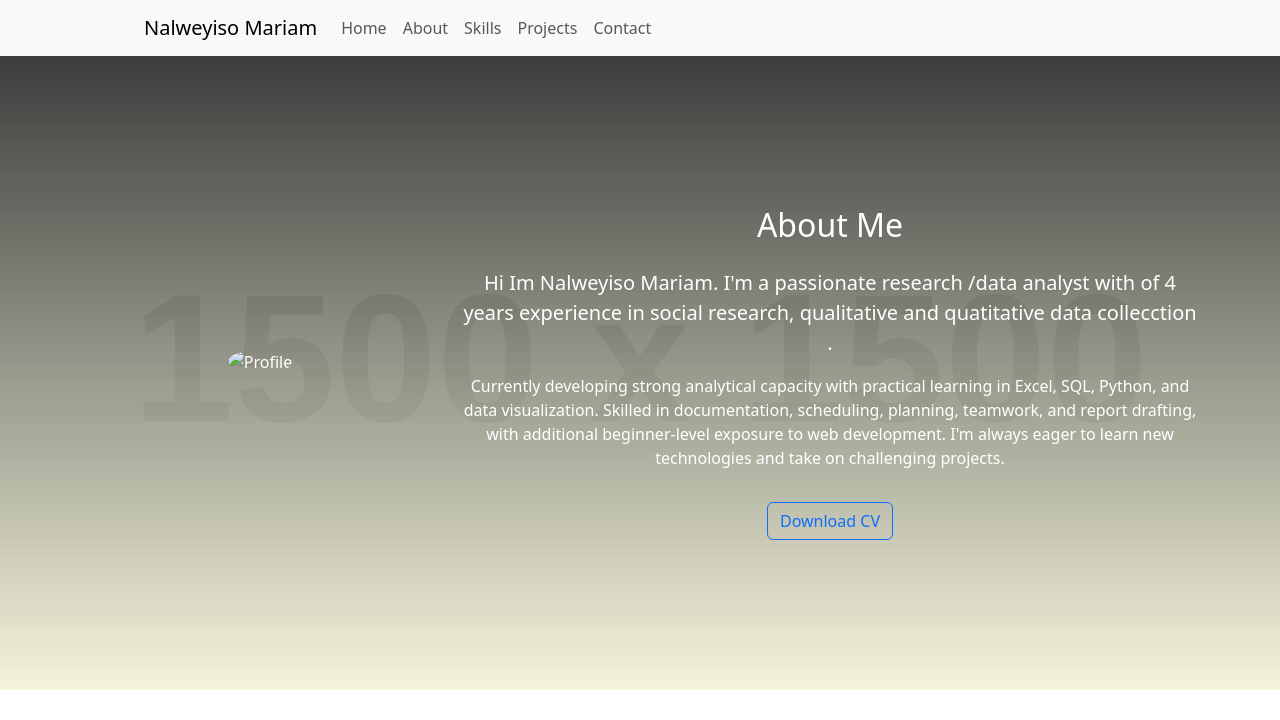
Repository: NalweMari/My-Personal-Portfolio
Page: index.html
An editor plug-in stored every save of this project. The page is shown before and after the next save, followed by the edit.
The browser window is 1280 px wide. The pictures show the whole page.

Above is the page before, as saved 2025-11-27 12:57:35.
Console error (its wording comes from the project's code and is left out).

After the next save:
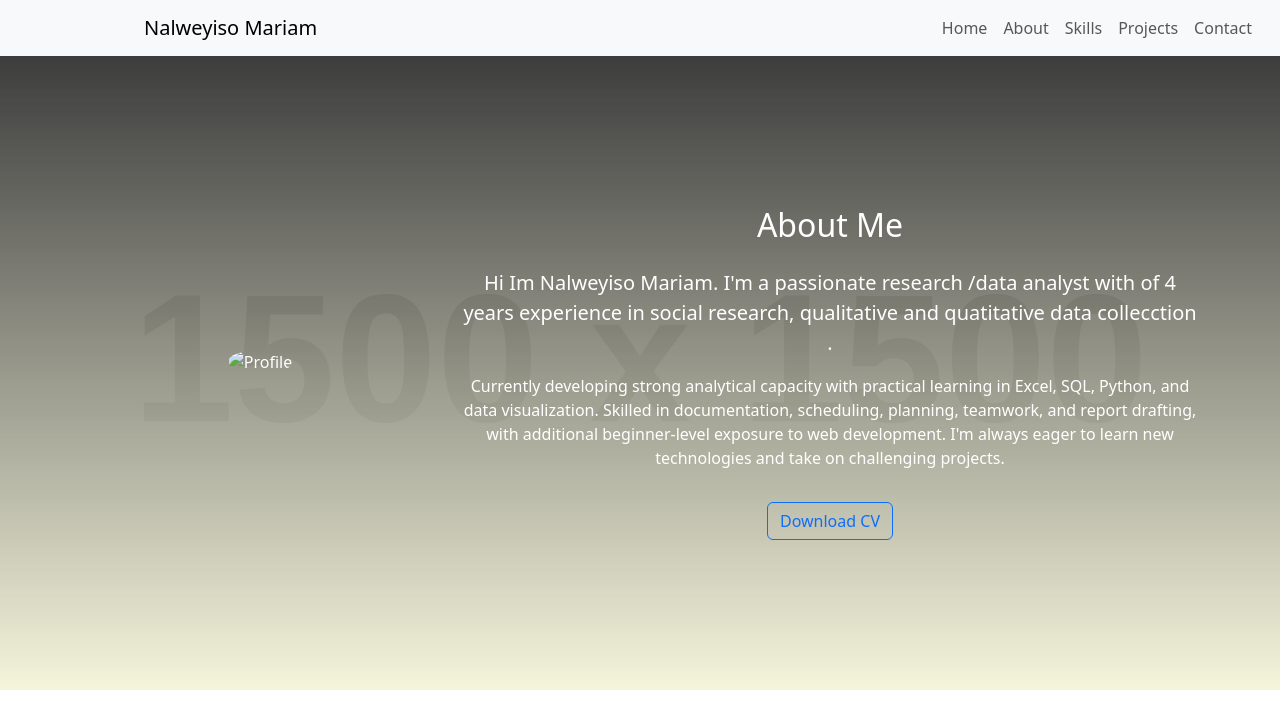
Saved 4 s later.
--- a/index.html
+++ b/index.html
@@ -22,7 +22,7 @@
                 toggle="collapse" data-target="#navbarNav" aria-controls="navbarNav" aria-expanded="false"
                 aria-label="Toggle navigation"> <span class="navbar-toggler-icon"></span> </button>
             <div class="collapse navbar-collapse" id="navbarNav">
-                <ul class="navbar-nav ms-uto">
+                <ul class="navbar-nav ms-auto">
                     <a class="nav-link" href="#">Home</a>
                     </li>
                     <li class="nav-item">
